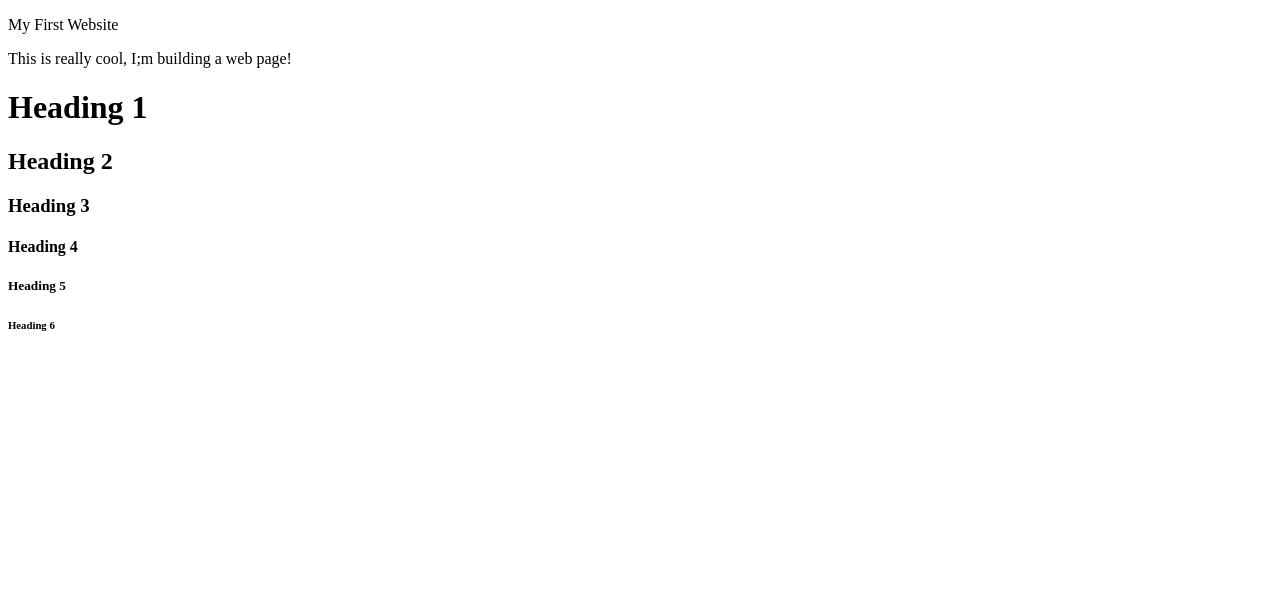
Repository: evemcd/odin_project
Page: my_first_website/index.html
These files come from the project's save history. The page is drawn as it stood at one moment and after the next save; the edit follows.
The browser window is 1280 px wide. The pictures show the whole page.

Above is the page before, as saved 2022-01-30 09:59:56.

### my_first_website/index.html
<!DOCTYPE html>
<html lang="en">
<head>
    <meta charset="UTF-8">
    <title>My First Website</title>
</head>
<body>
    <p>My First Website</p>
    <p>This is really cool, I;m building a web page!</p>
    <h1>Heading 1</h1>
    <h2>Heading 2</h2>
    <h3>Heading 3</h3>
    <h4>Heading 4</h4>
    <h5>Heading 5</h5>
    <h6>Heading 6</h6>



</body>
</html>

After the next save:
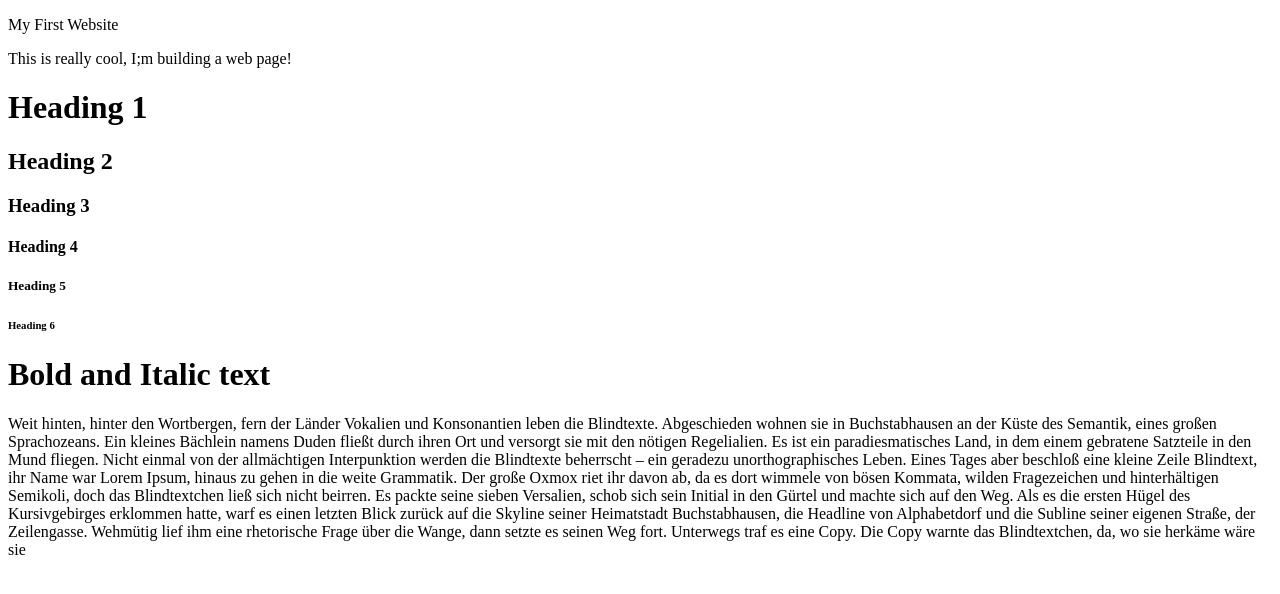
Saved 27 s later.
--- a/my_first_website/index.html
+++ b/my_first_website/index.html
@@ -1,9 +1,11 @@
 <!DOCTYPE html>
 <html lang="en">
+
 <head>
     <meta charset="UTF-8">
     <title>My First Website</title>
 </head>
+
 <body>
     <p>My First Website</p>
     <p>This is really cool, I;m building a web page!</p>
@@ -14,7 +16,20 @@
     <h5>Heading 5</h5>
     <h6>Heading 6</h6>
 
-
+    <h1>Bold and Italic text</h1>
+    <p>Weit hinten, hinter den Wortbergen, fern der Länder Vokalien und Konsonantien leben die Blindtexte. Abgeschieden
+        wohnen sie in Buchstabhausen an der Küste des Semantik, eines großen Sprachozeans. Ein kleines Bächlein namens
+        Duden fließt durch ihren Ort und versorgt sie mit den nötigen Regelialien. Es ist ein paradiesmatisches Land, in
+        dem einem gebratene Satzteile in den Mund fliegen. Nicht einmal von der allmächtigen Interpunktion werden die
+        Blindtexte beherrscht – ein geradezu unorthographisches Leben. Eines Tages aber beschloß eine kleine Zeile
+        Blindtext, ihr Name war Lorem Ipsum, hinaus zu gehen in die weite Grammatik. Der große Oxmox riet ihr davon ab,
+        da es dort wimmele von bösen Kommata, wilden Fragezeichen und hinterhältigen Semikoli, doch das Blindtextchen
+        ließ sich nicht beirren. Es packte seine sieben Versalien, schob sich sein Initial in den Gürtel und machte sich
+        auf den Weg. Als es die ersten Hügel des Kursivgebirges erklommen hatte, warf es einen letzten Blick zurück auf
+        die Skyline seiner Heimatstadt Buchstabhausen, die Headline von Alphabetdorf und die Subline seiner eigenen
+        Straße, der Zeilengasse. Wehmütig lief ihm eine rhetorische Frage über die Wange, dann setzte es seinen Weg
+        fort. Unterwegs traf es eine Copy. Die Copy warnte das Blindtextchen, da, wo sie herkäme wäre sie</p>
 
 </body>
+
 </html>
